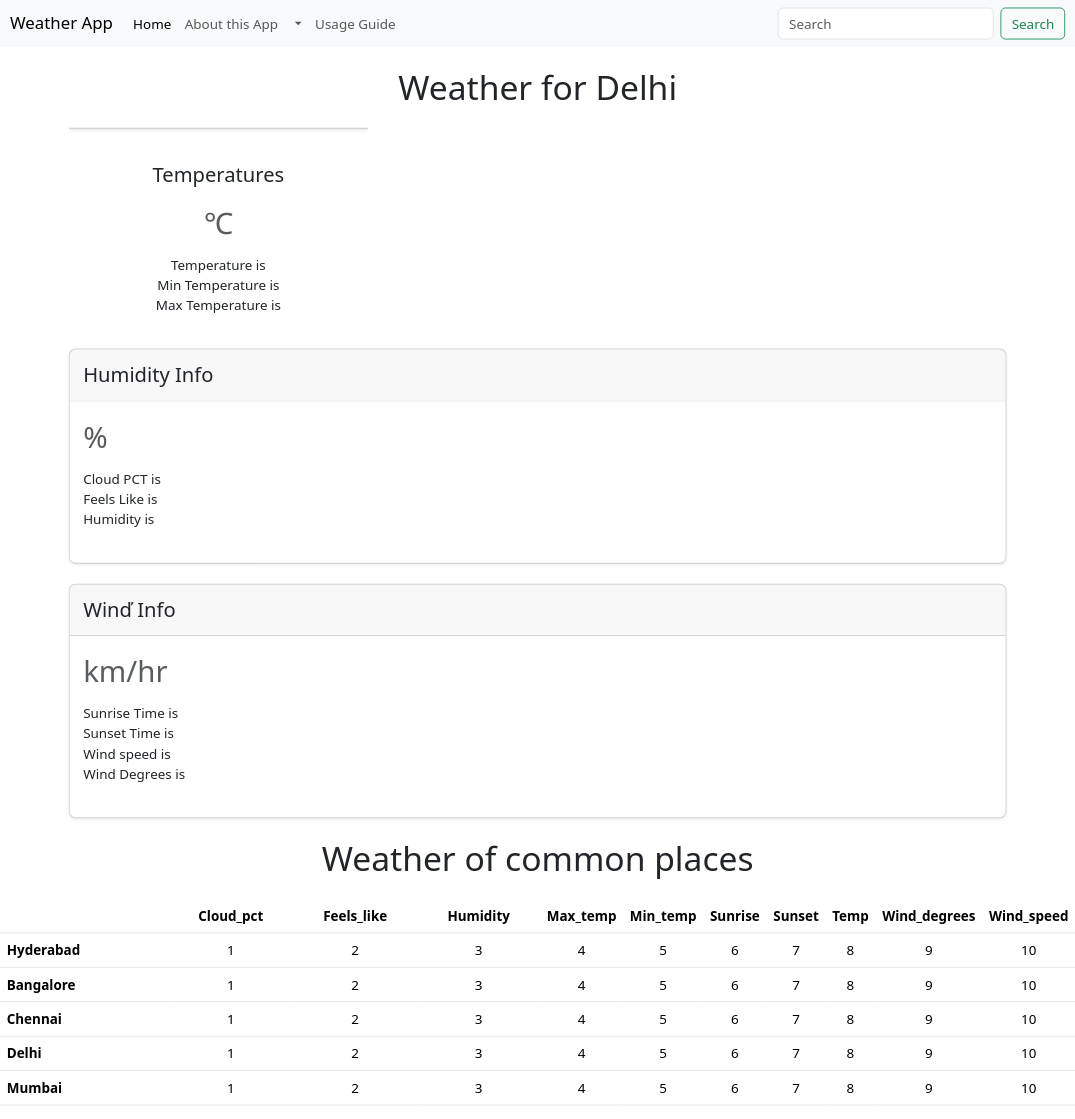
Repository: Abhilash2909/weather
Page: index.html
An editor plug-in stored every save of this project. The page is shown before and after the next save, followed by the edit.
The browser window is 1280 px wide. The pictures show the whole page, at 84% of full size.
The page's requests for data from a server got no answer.

Above is the page before, as saved 2024-02-11 16:53:34.

After the next save:
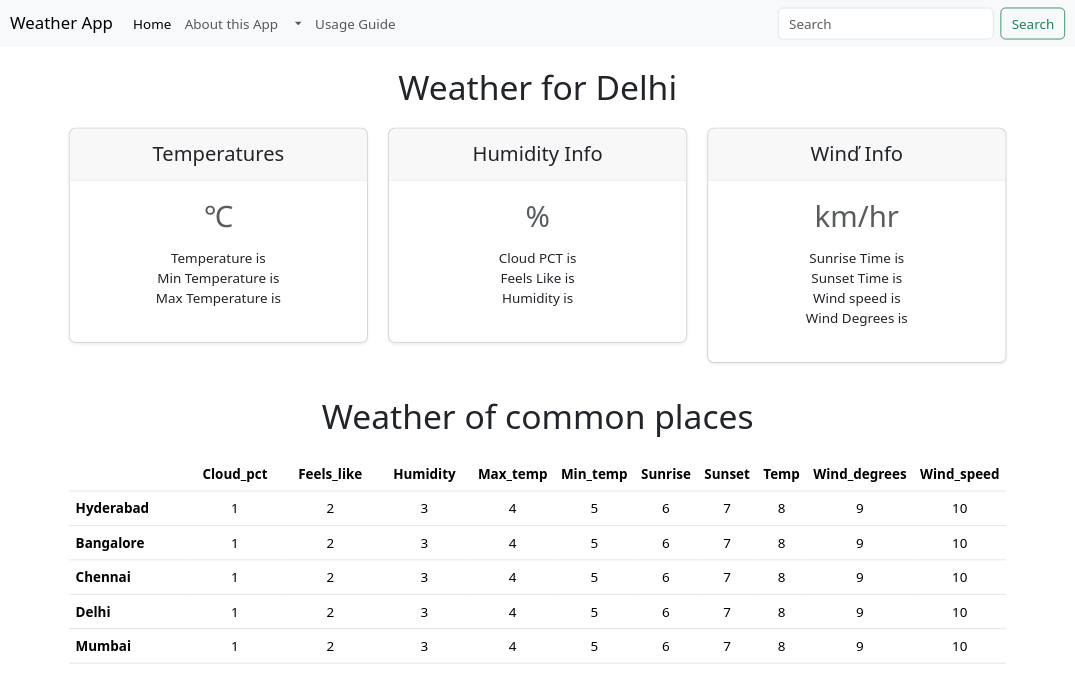
Saved 20 s later.
--- a/index.html
+++ b/index.html
@@ -47,7 +47,7 @@
           <h1 class= "my-4 text-center">Weather for <span id="cityName"></span></h1>
           <div class="row row-cols-1 row-cols-md-3 mb-3 text-center">
           <div class="col">
-            <div class="card mb-4 rounded-3 shadow-sm"></div>
+            <div class="card mb-4 rounded-3 shadow-sm">
               <div class="card-header py-3">
                 <h4 class="my-0 fw-normal">Temperatures</h4>
               </div>
